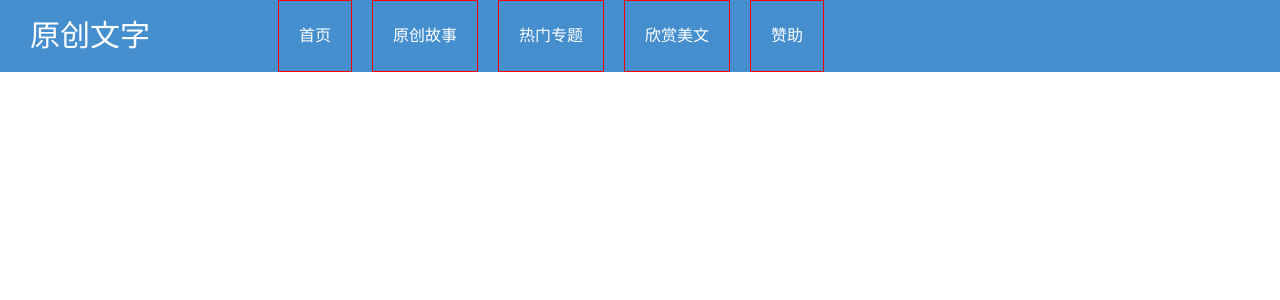
Repository: equation-zheng/Article
Page: http://localhost/Idles/
These files come from the project's save history. The page is drawn as it stood at one moment and after the next save; the edit follows.
The browser window is 1280 px wide. The pictures show the whole page.
The page is served by Tomcat 9. Other server files are loaded and not shown.

Above is the page before, as saved 2017-12-05 10:18:29.

### Service/apache-tomcat-7.0.82/Idles/WebContent/index.jsp
<?xml version="1.0" encoding="UTF-8" ?>
<%@ page language="java" contentType="text/html; charset=UTF-8"
    pageEncoding="UTF-8"%>
<!DOCTYPE html PUBLIC "-//W3C//DTD XHTML 1.0 Transitional//EN" "http://www.w3.org/TR/xhtml1/DTD/xhtml1-transitional.dtd">
<html xmlns="http://www.w3.org/1999/xhtml">
<head>
<meta http-equiv="Content-Type" content="text/html; charset=UTF-8" />
<title>首页</title>
</head>
<style>
	* {
		margin: 0;
		padding: 0;
		font-family: "微软雅黑";
	}
	ul li {
		list-style: none;
	}
	.header {
		height: 72px;
		background: #458fce;
	}
	.header .logo {
		color: #fff;
		line-height: 72px;
		font-size: 30px;
		margin-left: 30px;
		display: inline-block;
		font-weight: 500;
		float: left;
	}
	.header ul .first {
		margin-left: 10%;
		op
	}
	.header ul li {
		border: solid 1px red;
		float: left;
		line-height: 70px;
		margin-left: 20px;
		padding: 0 20px 0 20px;
		color: #fff;
	}
	.header ul li:hover{
		background: #74b0e2;
	}

</style>
<body>
	<div class="header">
	<div class='logo'>原创文字</div>
		<ul>
			<li class='first'>首页</li>
			<li>原创故事</li>
			<li>热门专题</li>
			<li>欣赏美文</li>
			<li>赞助</li>
		</ul>
	</div>
</body>
</html>

After the next save:
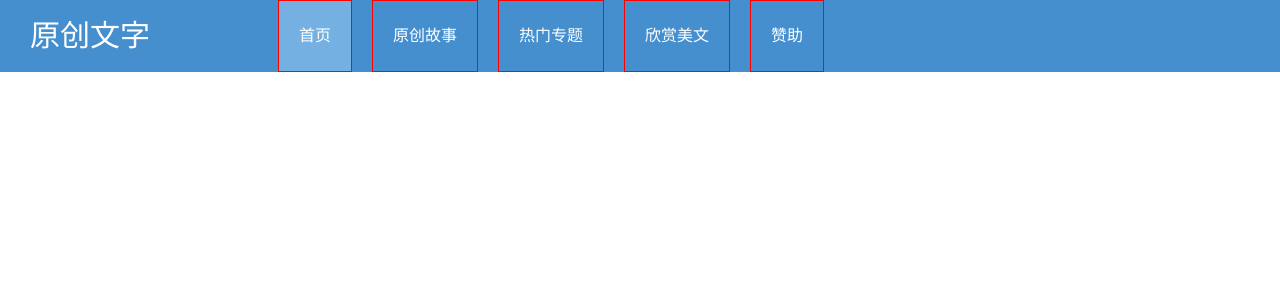
Saved 14 s later.
--- a/Service/apache-tomcat-7.0.82/Idles/WebContent/index.jsp
+++ b/Service/apache-tomcat-7.0.82/Idles/WebContent/index.jsp
@@ -31,7 +31,7 @@
 	}
 	.header ul .first {
 		margin-left: 10%;
-		op
+		background: #74b0e2;
 	}
 	.header ul li {
 		border: solid 1px red;
